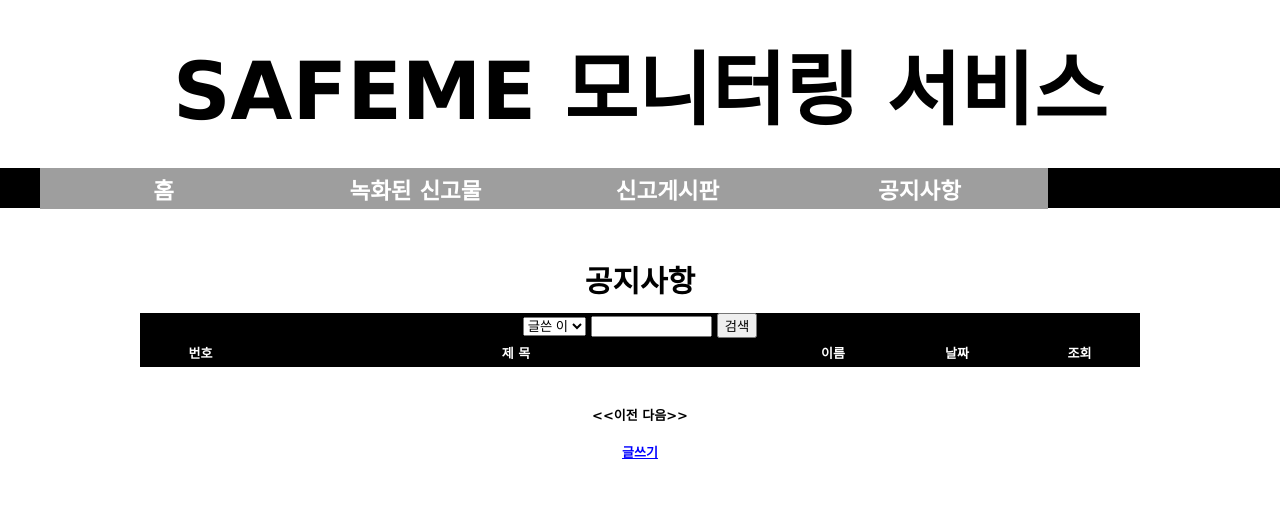
Repository: imdasom/SafeMe
Page: http://localhost/SafeMe/homepage/list1.jsp
These files come from the project's save history. The page is drawn as it stood at one moment and after the next save; the edit follows.
The browser window is 1280 px wide. The pictures show the whole page.
Pictures or frames that could not be fetched are drawn as grey boxes. The page is served by Tomcat 9. Queries for data that is not in the repository find no rows.

Above is the page before, as saved 2015-12-15 19:11:43.

### FinalSafeMeWeb/SafeMe/homepage/list1.jsp
<%@ page language="java" import="java.sql.*" contentType="text/html; charset=utf-8" pageEncoding="utf-8"%>
<html>
<head>
<jsp:include page="Home.jsp" flush="false" /></br></br>
<title>글 목록 보기</title>
</head>
<body bgcolor="white" text="black" link="blue" vlink="red" alink="red">
<p align="center"><br>
<div align="center"><h1>공지사항</h1>
<table border="0" cellpadding="0" cellspacing="0" width="1000">
    <tr>
        <td bgcolor="black"><table border="0" cellpadding="5" cellspacing="3" width="100%">
<!-- 검색기 추가 -->
<div text-align="center" style="maring-bottom:20px;">
<form method="post" action="search_result.jsp">
<select name="search">
<option value="b_name">글쓴 이</option>
<option value="b_title">글 제목</option>
<option value="b_content">글 내용</option></select>
<input type="text" name="keyword" size="12">
<input type="submit" value="검색">
</form>
<!-- 검색기 끝 -->
</div>
                <tr>
                    <th align="center" nowrap bgcolor="#FFFFFF"><p><font
                         size="2" color=black>번호</font></th>
                    <th width="500" align="center" nowrap bgcolor="#FFFFFF"><p><font
                         size="2" color=black>제 목</font></th>
                    <th width=114 align="center" nowrap bgcolor="#FFFFFF"><p><font
                         size="2" color=black>이름</font></th>
                    <th width="114" align="center" nowrap bgcolor="#FFFFFF"><p><font
                         size="2" color=black>날짜</font></th>
                    <th align="center" nowrap bgcolor="#FFFFFF"><p><font
                         size="2" color=black>조회</font></th>
                </tr>
<%
try {
        String b_name,b_mail,b_title,b_content,b_date,b_pwd,mailtoyou;
        int b_id,b_view;

	int datacount=0;
        int pagecount;

      Class.forName("com.mysql.jdbc.Driver");
      Connection conn = DriverManager.getConnection("jdbc:mysql://localhost:3306/safemetest","root","test123");
      Statement stmt = conn.createStatement();

      System.out.println("count : "+datacount);
        ResultSet rs0=stmt.executeQuery("select count(b_id) from board");
        if(rs0.next()) {
                datacount=rs0.getInt(1);
                rs0.close();
        }
        int pagesize=10;
        pagecount=datacount/(pagesize+1)+1;
        int mypage=1;
        int abpage=1;
        if(request.getParameter("mypage")!=null) {
                mypage=Integer.parseInt(request.getParameter("mypage"));
                abpage=(mypage-1)*pagesize+1;
		if(abpage <= 0 ) abpage=1;
        }

       ResultSet rs = stmt.executeQuery("select b_id,b_name,b_mail,b_title,b_content,date_format(b_date,'%Y-%m-%d'),b_view,b_pwd from board order by b_id desc");

	if(!rs.next()) {
		pagesize=0;
	} else {
		rs.absolute(abpage);
	}
	for(int k=1;k <= pagesize; k++) {
                b_id=rs.getInt(1);
                b_name=rs.getString(2);
                b_mail=rs.getString(3);
                b_title=rs.getString(4);
                b_content=rs.getString(5);
                b_date=rs.getString(6);
                b_view=rs.getInt(7);
                b_pwd=rs.getString(8);
                if(!b_mail.equals("")) {
                        mailtoyou="<a href=mailto:"+b_mail+">"+b_name+"</a>";
                } else {
                        mailtoyou=b_name;
                }
%>
                <tr>
                  <td align="center" bgcolor="#FFFFFF" ><p><font size="2"><%=b_id%></font></td>
                  <td width="364" align="left" bgcolor="#FFFFFF"><p><font
                       size="2">&nbsp;&nbsp;&nbsp;</font><a href="view1.jsp?bid=<%=b_id%>"><font
                       size="2"><%=b_title%></font></a></td>
                  <td width="94" align="center" nowrap bgcolor="#FFFFFF"><p><font
                       size="2"><%=mailtoyou%></font></td>
                  <td width="114" align="center" bgcolor="#FFFFFF"><p><font
                       size="2"><%=b_date%></font></td>
                  <td align="center" bgcolor="#FFFFFF" ><p><font size="2"><%=b_view%></font></td>
                </tr>
<%
		if(rs.getRow()==datacount){
			break;
		} else {
			rs.next();
		}
	}

	rs.close();
	stmt.close();
	conn.close();

%>
            </table></td>
    </tr>
</table></div><br>
<p align="center"><font size=2>
<%
        int gopage=1;
        if(mypage!=1) {
                gopage=mypage-1;
                out.println("<a href=list1.jsp?mypage="+gopage+"><<이전</a>  ");
        } else {
		out.println("<<이전");
	}
%>
<%
        if(mypage!=pagecount) {
                gopage=mypage+1;
                out.println("<a href=list1.jsp?mypage="+gopage+">다음>></a>  ");
        } else {
		out.println("다음>>");
	}
} catch (Exception e) {
	out.println(e);
}
%>
<p align=center><font size=2><a href="write1.jsp">글쓰기</a></font></p>
</body>
</html>

### FinalSafeMeWeb/SafeMe/homepage/Home.jsp
<%@ page language="java" contentType="text/html; charset=EUC-KR"
	pageEncoding="EUC-KR"%>
<!DOCTYPE html PUBLIC "-//W3C//DTD HTML 4.01 Transitional//EN" "http://www.w3.org/TR/html4/loose.dtd">
<html xmlns="http://www.w3.org/1999/xhtml">
<head>
<meta http-equiv="Content-Type" content="text/html; charset=iso-8859-1" />
<title>대한민국 치안 방지 프로젝트</title>
<style type="text/css">
<!--
body {
	margin: 0;
	padding: 0;
	font: bold 15px/1.5em 맑은 고딕, Verdana, Arial, Helvetica, sans-serif;
}

h2 {
	font: bold 80px 맑은 고딕, Verdana, Arial, Helvetica, sans-serif;
	color: #000;
	margin: 26px;
	padding: 0px 0px 0px 0px;
}

/*- Menu Tabs E--------------------------- */
#tabsE {
	float: left;
	width: 100%;
	background: #000;
	font-size: 150%;
	line-height: normal;
	height: 40px;
}

#tabsE ul {
	margin: 0;
	/* padding:10px 10px 0 50px; */
	list-style: none;
	text-align: center;
}

#tabsE li {
	display: inline;
	margin: 0;
	padding: 0;
}

#tabsE a {
	float: left;
	background: url("tableftE.gif") no-repeat left top;
	margin: 0;
	padding: 0 0 0 4px;
	text-decoration: none;
	width: 20%;
}

#tabsE a span {
	float: left;
	display: block;
	background: url("tabrightE.gif") no-repeat right top;
	padding: 5px 15px 4px 6px;
	color: #FFF;
}
/* Commented Backslash Hack hides rule from IE5-Mac \*/
#tabsE a span {
	float: none;
}
/* End IE5-Mac hack */
#tabsE a:hover span {
	color: #FFF;
}

#tabsE a:hover {
	background-position: 0% -42px;
}

#tabsE a:hover span {
	background-position: 100% -42px;
}

#tabsE #current a {
	background-position: 0% -42px;
}

#tabsE #current a span {
	background-position: 100% -42px;
}

--> /* 게시판 css */
table {
	border-collapse: collapse;
	border-bottom-color: #000;
	text-align: center;
}

tbody tr:first-child {
	color: #000;
	text-align: center;

}

thead {
	background-color: #f4f4f4; /* border-bottom:1px solid #f4f4f4; */
}

tbody tr:hover {
	cursor: pointer;
}

tbody tr:first-child th {
	background: #000;
}

tbody tr:first-child th p font {
	color: #fff;
}


tbody tr:not(:FIRST-CHILD){
	border-bottom: 1px solid #555;
}

tbody tr:not(:first-child) th p a {
	text-decoration: none;
}

</style>
</head>
<body>

	<h2 style="text-align: center;">SAFEME 모니터링 서비스</h2>
	<div id="tabsE">
		<ul>
			<!-- CSS Tabs -->
			<li><a href="HomeImage.jsp"><span>홈</span></a></li>
			<li><a href="recordkesipan.jsp"><span>녹화된 신고물</span></a></li>
			<li><a href="sinkokyesipan.jsp"><span>신고게시판</span></a></li>
			<li><a href="list1.jsp"><span>공지사항</span></a></li>

		</ul>
	</div>

</body>

</html>

After the next save:
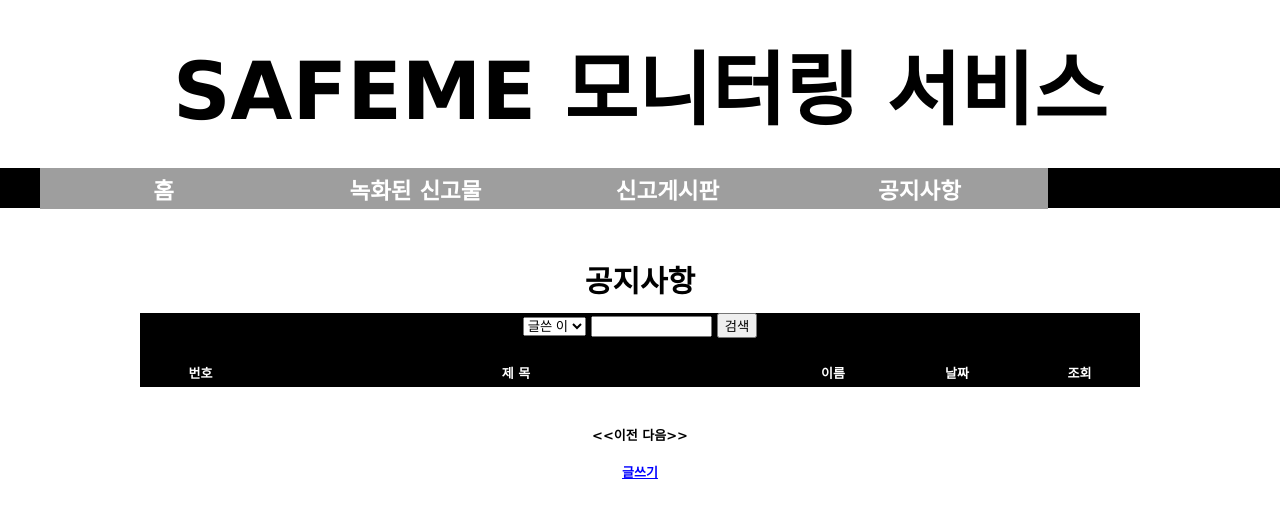
Saved 37 s later.
--- a/FinalSafeMeWeb/SafeMe/homepage/list1.jsp
+++ b/FinalSafeMeWeb/SafeMe/homepage/list1.jsp
@@ -11,7 +11,7 @@
     <tr>
         <td bgcolor="black"><table border="0" cellpadding="5" cellspacing="3" width="100%">
 <!-- 검색기 추가 -->
-<div text-align="center" style="maring-bottom:20px;">
+<div text-align="center" style="margin-bottom:20px;">
 <form method="post" action="search_result.jsp">
 <select name="search">
 <option value="b_name">글쓴 이</option>
